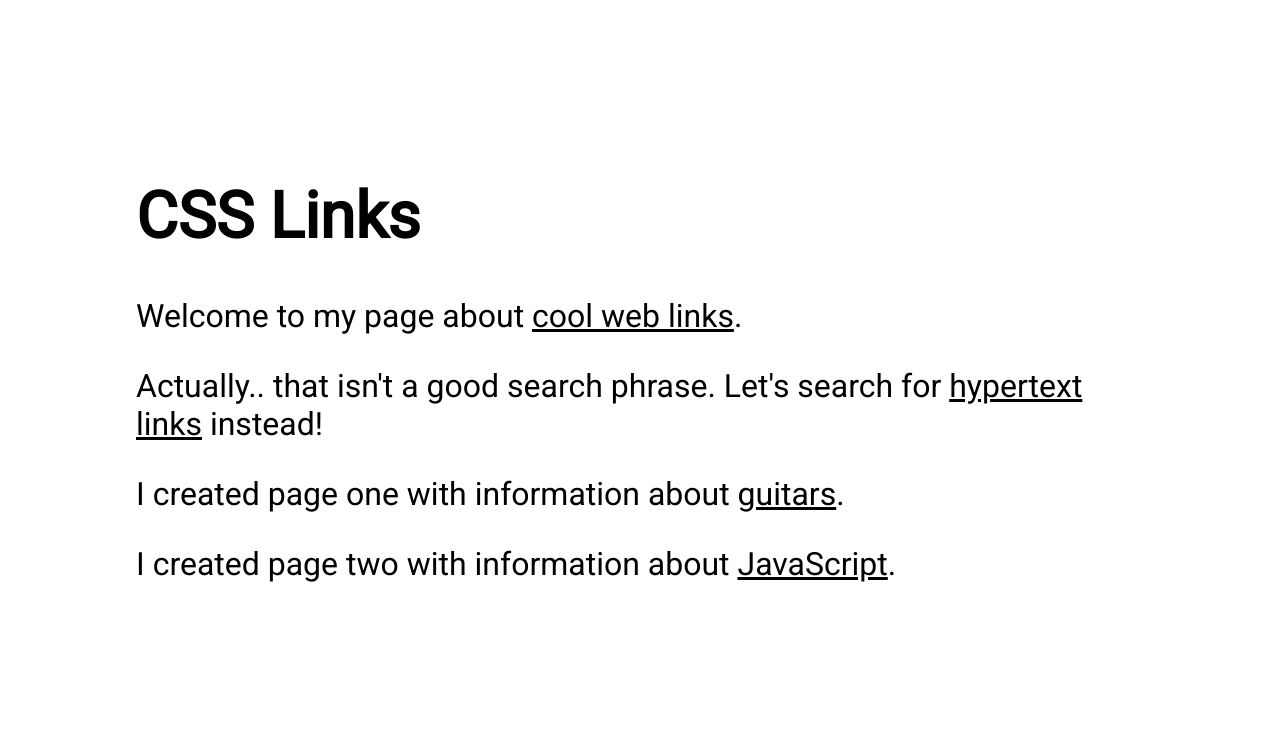
Repository: madhurik9999/Css
Page: index.html
The author's editor kept a copy of each file at every save. The page is drawn from the files as they stood at one save, then again after the next save.
The browser window is 1280 px wide. The pictures show the whole page.

Above is the page before, as saved 2023-12-11 11:57:19.

After the next save:
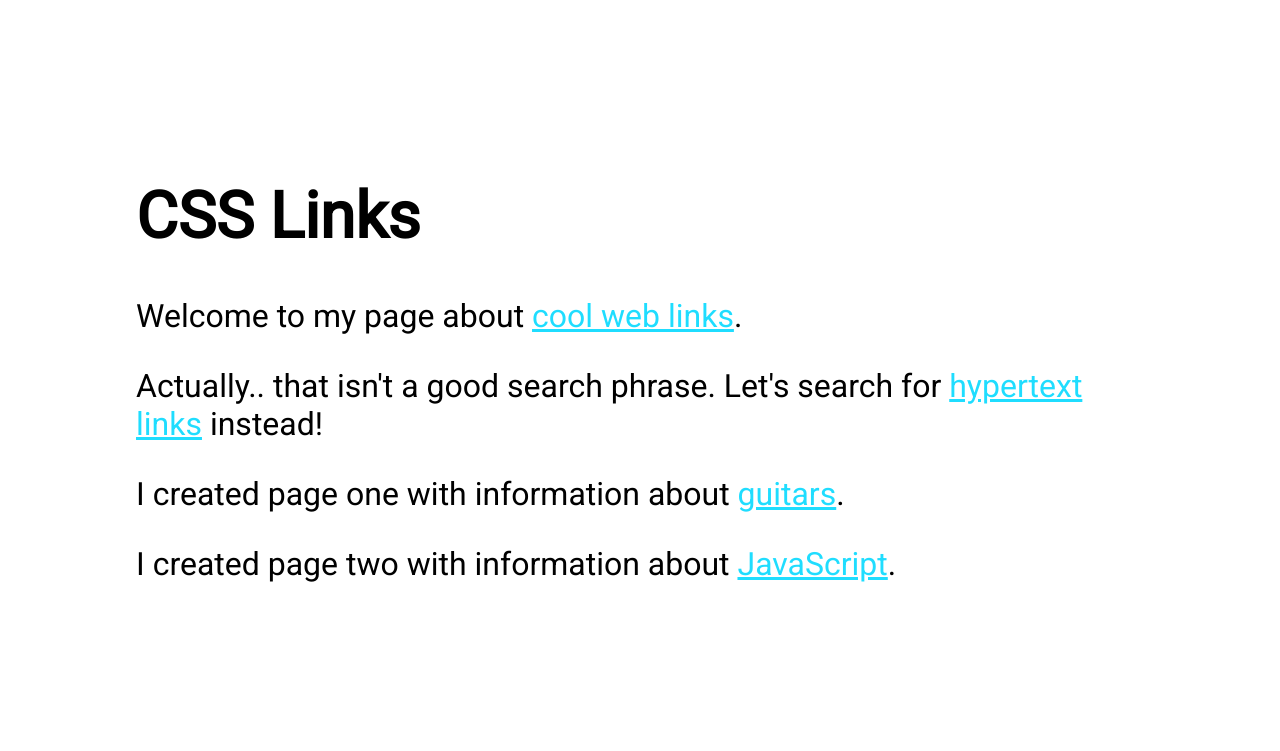
Saved 3 min 48 s later.
--- a/styles/style.css
+++ b/styles/style.css
@@ -10,8 +10,9 @@ body {
     font-family: 'Roboto', sans-serif;
 }
 
+
 a {
-    color: black;
+    color: hsl(189, 100%, 56%);
 }
 
 a:hover,
